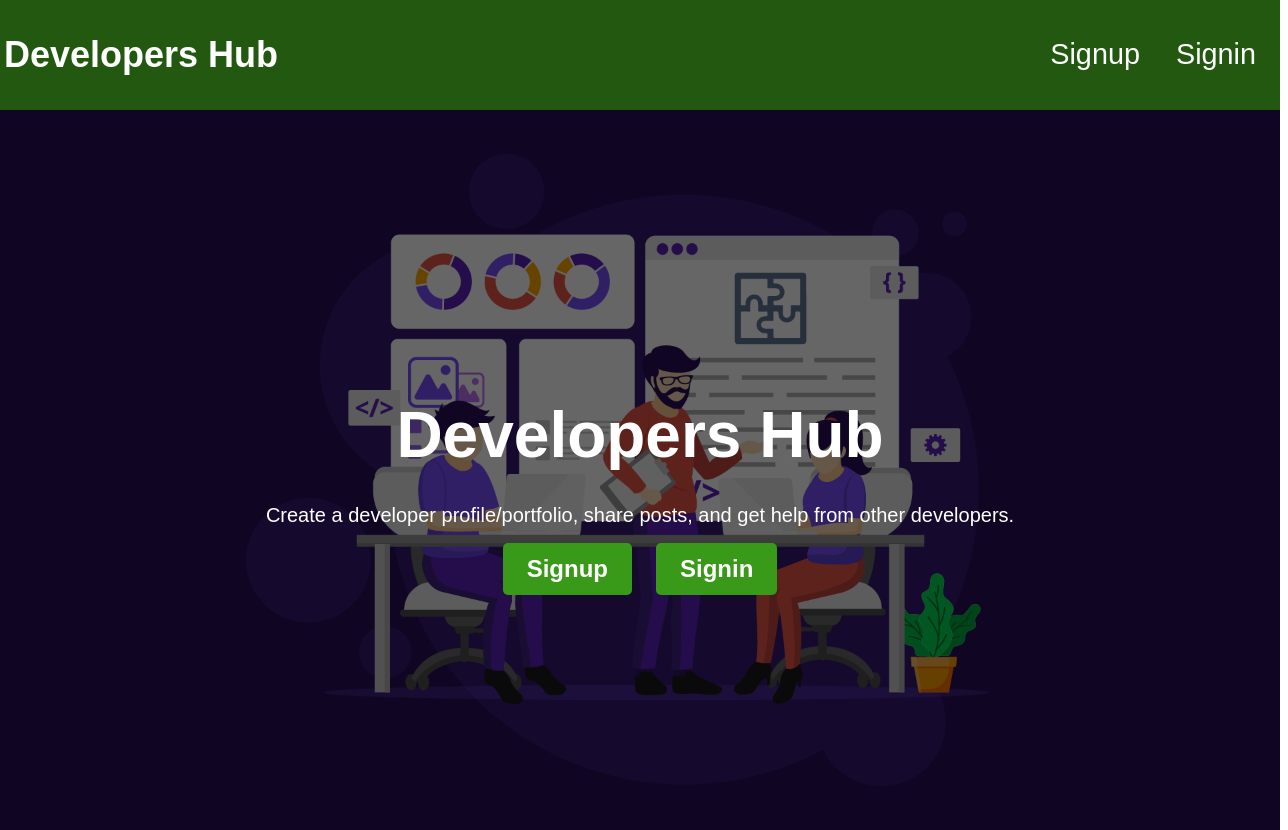
Repository: sayyad-mukthumsa-123/DevMania
Page: / (app in frontend/)
An editor plug-in stored every save of this project. The page is shown before and after the next save, followed by the edit.
The browser window is 1280 px wide. The page is 1280 px wide, then 1288 px, so the pictures cover 1288 px, including what lies to the right of the window. The pictures show the whole page.
The project was rebuilt for these pictures with package versions that can differ from the ones it lists, and the page was loaded fresh each time. Also part of the build but not shown: frontend/src/pages/login.js, frontend/src/pages/register.js, frontend/src/pages/Allprofiles.js, frontend/src/pages/MyProfile.js, frontend/src/pages/Indprofile.js.

Above is the page before, as saved 2025-02-28 23:39:38.

### frontend/public/index.html
<!-- public/index.html -->
<!DOCTYPE html>
<html lang="en">
<head>
  <meta charset="UTF-8">
  <meta name="viewport" content="width=device-width, initial-scale=1.0">
  <title>Developers Hub</title>
  <link rel="stylesheet" href="https://cdnjs.cloudflare.com/ajax/libs/font-awesome/5.15.3/css/all.min.css">
</head>
<body>
  <div id="root"></div>
</body>
</html>

### frontend/src/App.js
import React from 'react'
import {BrowserRouter,Route,Routes} from 'react-router-dom'
import Home from './pages/Home'
import Login from './pages/login'
import Register from './pages/register'
import Allprofiles from './pages/Allprofiles'
import MyProfile from './pages/MyProfile'
import Indprofile from './pages/Indprofile'

const App = () => {
  return (
    <div>

      <BrowserRouter>
      <Routes>
        <Route path='/' exact Component={Home}/>
        <Route path='/login' exact Component={Login}/>
        <Route path='/register' exact Component={Register}/>
        <Route path='/allprofiles' exact Component={Allprofiles}/>
        <Route path='/myprofile' exact Component={MyProfile}/>
        <Route path='/indprofile/:fullname/:email/:skill/:id' exact Component={Indprofile}/>
      </Routes>
      </BrowserRouter>
    </div>
  )
}

export default App

### frontend/src/pages/Home.js
import React from 'react';
import { Link } from 'react-router-dom';
import '../styles/styles.css';  // Adjust the path based on your file structure
import Navbar from './Navbar';

// const Home = () => {
//   return (
//     <>
//       <section className='landing' >
//         <div className='dark-overlay'>
//         <Navbar />
//           <div className='landing-inner'>

//             <h1 className='x-large'>Developers Hub</h1>
//             <p className='lead'>
//               Create a developer profile/portfolio, share posts, and get help from other developers.
//             </p>
//             <div className='buttons'>
//               <Link to="/register" className="btn btn-auth">Signup</Link>
//               <Link to="/login" className="btn btn-auth">Signin</Link>
//             </div>
//           </div>
//         </div>
//       </section>
//     </>
//   );
// }

const Home = () => {
  return (
    <>
      <Navbar /> {/* Keep Navbar outside of dark-overlay */}
      <section className='landing'>
        <div className='dark-overlay'>
          <div className='landing-inner'>
            <h1 className='x-large'>Developers Hub</h1>
            <p className='lead'>
              Create a developer profile/portfolio, share posts, and get help from other developers.
            </p>
            <div className='buttons'>
              <Link to="/register" className="btn btn-auth">Signup</Link>
              <Link to="/login" className="btn btn-auth">Signin</Link>
            </div>
          </div>
        </div>
      </section>
    </>
  );
}
export default Home;

### frontend/src/styles/styles.css
/* General reset */
body, html {
  margin: 0;
  padding: 0;
  font-family: Arial, sans-serif;
  width: 100%;
  min-height: 100vh;

}

/* Navbar styles */
.navbar {
  display: flex;
  justify-content: space-between;
  align-items: center;
  padding: 4px;
  font-size: x-large;
  background-color: #22580f
}

.navbar h1 a {
  color: #ffffff;
  text-decoration: none;
}

.navbar ul {
  list-style: none;
  display: flex;
  margin: 0;
  padding: 10px;
  font-size: larger;
}
.navbar ul li
{
  padding: 10px;
  transition: all 0.3s ease;
}
.navbar ul li:hover
{
  transform: scale(1.2);
}
.navbar ul li {
  margin-left: 1rem;
}

.navbar ul li a {
  color: #ffffff;
  text-decoration: none;
}

/* Landing page styles */
/* .landing {
  height: 100%;
  display: flex;
  align-items: center;
  justify-content: center;
  color: black;
  position: relative;
}

.dark-overlay {
  position: absolute;
  top: 0;
  left: 0;
  right: 0;
  bottom: 0;
}

.landing-inner {
  text-align: center;
  z-index: 2;
  position: relative;
}

.x-large {
  font-size: 4rem;
}

.lead {
  font-size: 1.5rem;
  margin-bottom: 2rem;
  color: black;
}

.buttons .btn ,.btn{
  margin: 3rem 2rem;
  padding: 0.75rem 1.25rem;
  border: none;
  border-radius: 5px;
  cursor: pointer;
  text-decoration: none;
  font-size: x-large;
  background-color:#399918 ;
  color: #ffffff;
}


.btn-auth {
  transition: all 0.3s ease;
}
.btn-auth:hover
{
  transform: scale(1.1);
} */

.landing {
  height: 100vh;
  display: flex;
  align-items: center;
  justify-content: center;
  color: white;
  position: relative;
  background: url('../images/home.png') no-repeat center center/cover;
  text-align: center;
}

.dark-overlay {
  position: absolute;
  top: 0;
  left: 0;
  right: 0;
  bottom: 0;
  background: rgba(0, 0, 0, 0.6); /* Dark overlay for better text visibility */
  display: flex;
  align-items: center;
  justify-content: center;
}

.landing-inner {
  text-align: center;
  z-index: 2;
  position: relative;
  padding: 2rem;
  max-width: 800px;
  display: flex;
  flex-direction: column;
  align-items: center;
  justify-content: center;
}

.x-large {
  font-size: 4rem;
  font-weight: bold;
  margin-bottom: 1rem;
}

.lead {
  font-size: 1.5rem;
  margin-bottom: 2rem;
}

.buttons {
  display: flex;
  justify-content: center;
  align-items: center;
  gap: 1.5rem;
}

.btn, .btn-auth {
  padding: 0.75rem 1.5rem;
  border: none;
  border-radius: 8px;
  cursor: pointer;
  text-decoration: none;
  font-size: 1.25rem;
  font-weight: bold;
  background-color: #399918;
  color: #ffffff;
  transition: all 0.3s ease;
}

.btn-auth:hover {
  transform: scale(1.1);
  background-color: #2e7d12;
}


/* Container styles */
.container {
  width: 700px;
  margin: 2rem auto;
  padding: 2rem;
  border: 2px solid #399918;
  color: black;
  border-radius: 8px;
  position: relative; /* To ensure proper z-index handling */
  z-index: 1; /* Ensures the container is above any background effects */
}

/* Form styles */
.form {


  display: flex;
  flex-direction: column;
}

.form-group {
  margin-bottom: 1.5rem;
}

.form-group input {
  width: 50%;
  padding: 0.75rem;
  font-size: 1rem;
  border: 1px solid black;
  border-radius: 5px;
  transition: border-color 0.3s ease-in-out, box-shadow 0.3s ease-in-out;
}

.form-group input:focus {
  border-color: #f6f7f9;
  box-shadow: 0 0 8px rgba(0, 123, 255, 0.3);
  outline: none;
}

.btn {
  display: inline-block;
  padding: 0.75rem 1.5rem;
  border: none;
  border-radius: 5px;
  cursor: pointer;
  text-decoration: none;
  font-size: 1.5rem;
  text-align: center;
}

/* .btn-primary {
  background-color: #007bff;
  color: #ffffff;
}

.btn-primary:hover {
  background-color: #0056b3;
  opacity: 0.9;
} */

/* .text-primary {
  color: #f6f8fb;
} */

.large {
  font-size: 2rem;
  margin-bottom: 1rem;
}

.lead {
  font-size: 1.25rem;
  margin-bottom: 1rem;
}

.error {
  color: red;
  margin-top: 1rem;
}

p {
  margin-top: 1rem;
}
.link-auth{
  color:#399918;
  text-decoration: none;
  cursor: pointer;
  padding-left:10px ;
  transition: all 0.3s ease;
  display: inline-block;
  font-size: large;
}
.link-auth:hover
{
  transform: scale(1.3);
}
/* Profiles styles */
.profiles {
  display: flex;
  flex-direction: column;
  gap: 1rem;
}

.profile {
  background-color: #f4f4f4;
  padding: 1rem;
  display: flex;
  align-items: center;
  border: 1px solid #ccc;
  box-shadow: 0 4px 8px rgba(0, 0, 0, 0.1);
  border-radius: 5px;
  margin-bottom: 1rem;
}

.profile .round-img {
  width: 100px;
  border-radius: 50%;
  margin-right: 1rem;
}

.profile-info {
  flex: 1;
}

.profile-info h2 {
  margin: 0 0 0.5rem 0;
}

.profile-info p {
  margin: 0.5rem 0;
}

.profile-info .btn {
  display: inline-block;
  background-color:#399918;
  color: #fff;
  padding: 0.5rem 1rem;
  text-decoration: none;
  border-radius: 0.25rem;
  margin-top: 0.5rem;
  transition: all 0.3s ease;
}

.profile-info .btn:hover {
  transform: scale(1.1);
  background-color:#399918;
}

.profile-skills {
  list-style: none;
  padding: 0;
  display: flex;
  flex-direction: column;
  gap: 0.5rem;
  margin-left: 1rem;
  color: black;
}

.profile-skills li {
  display: flex;
  align-items: center;
  color:greenyellow;
}

.profile-skills li i {
  margin-right: 0.5rem;
}

/* GitHub Section */
.profile-github {
  margin-top: 1rem;
}

.profile-github h2 {
  margin-bottom: 1rem;
}

.repo {
  background: #fff;
  padding: 1rem;
  margin-bottom: 1rem;
  border: 1px solid #ccc;
}

.repo h4 {
  margin: 0.5rem 0;
}

.repo p {
  margin: 0.5rem 0;
}

/* Form */
.form {
  margin-top: 1rem;
}

.form-group {
  margin-bottom: 1rem;
}

.form-group input {
  width: 100%;
  padding: 0.5rem;
  border: 1px solid #ccc;
  border-radius: 0.25rem;
}

.form-group input:focus {
  border-color: #007bff;
  outline: none;
}

/* .btn-primary {
  background: #007bff;
  color: #fff;
  border: none;
  padding: 0.5rem 1rem;
  cursor: pointer;
}

.btn-primary:hover {
  background: #0056b3;
} */

/* Profile Grid */
.profile-grid {
  display: grid;
  grid-template-columns: 1fr;
  grid-gap: 1rem;
  margin-top: 1rem;
}

.profile-top {
  background: #0a0a0a;
  color: #fff;
  padding: 1rem;
  text-align: center;
}

.profile-top img {
  width: 150px;
  border-radius: 50%;
}

.profile-top h1 {
  margin: 0.5rem 0;
}

.profile-top p {
  margin: 0.5rem 0;
}
a{
  color:aqua
}
 .white-text {
  color: black;
}
 .skill-text {
  /* background-color: #5e585c16;  */
  color: #c51414;
  padding: 10px 15px;
  border-radius: 5px;
  display: flex;
  align-items: center;
  font-size: 16px;
  margin-top: 2px;
  /* box-shadow: 0 2px 4px rgba(0, 0, 0, 0.1);  */
}


.skill-text i {
  color: #28a745;
  margin-right: 30px;
}
.taskprovider
{
  color:#28a745;
  text-decoration: none;
  font-size: xx-large;
}

### frontend/src/pages/Navbar.js
import React from 'react';
import { Link } from 'react-router-dom';
import '../styles/styles.css';
const Navbar = () => {
  return (
    <div>
        <nav className="navbar bg-dark">
        <h1>
          <Link to='/'> Developers Hub</Link>
        </h1>
        <ul>
          <li><Link to="/register">Signup</Link></li>
          <li><Link to="/login">Signin</Link></li>
        </ul>
      </nav>
    </div>
  )
}

export default Navbar

Loaded but not shown: frontend/src/index.js (common file); frontend/src/index.css (common file); frontend/src/reportWebVitals.js (common file)

After the next save:
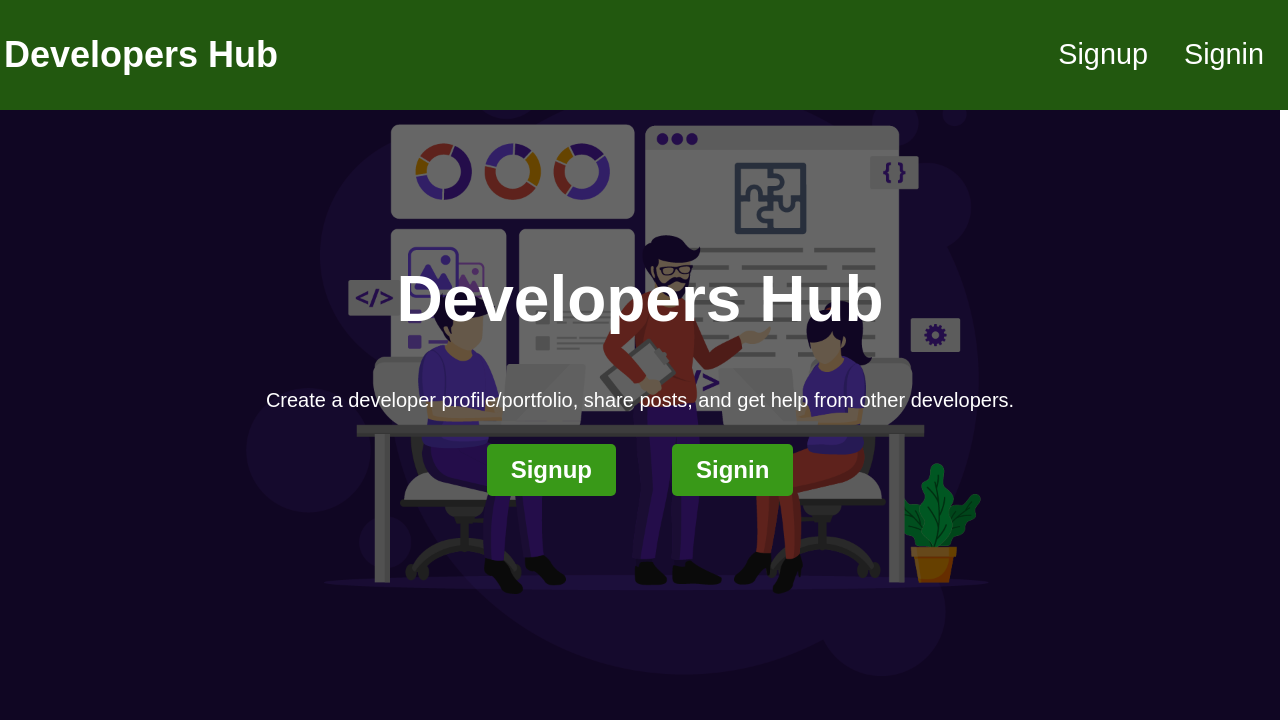
Saved 8 s later.
--- a/frontend/src/styles/styles.css
+++ b/frontend/src/styles/styles.css
@@ -112,6 +112,7 @@ body, html {
   position: relative;
   background: url('../images/home.png') no-repeat center center/cover;
   text-align: center;
+  flex-direction: column;
 }
 
 .dark-overlay {
@@ -120,10 +121,11 @@ body, html {
   left: 0;
   right: 0;
   bottom: 0;
-  background: rgba(0, 0, 0, 0.6); /* Dark overlay for better text visibility */
-  display: flex;
-  align-items: center;
+  background: rgba(0, 0, 0, 0.6); /* Adds a dark overlay for better text visibility */
+  display: flex;
+  flex-direction: column;
   justify-content: center;
+  align-items: center;
 }
 
 .landing-inner {
@@ -132,16 +134,11 @@ body, html {
   position: relative;
   padding: 2rem;
   max-width: 800px;
-  display: flex;
-  flex-direction: column;
-  align-items: center;
-  justify-content: center;
 }
 
 .x-large {
   font-size: 4rem;
   font-weight: bold;
-  margin-bottom: 1rem;
 }
 
 .lead {
@@ -152,11 +149,11 @@ body, html {
 .buttons {
   display: flex;
   justify-content: center;
-  align-items: center;
   gap: 1.5rem;
 }
 
 .btn, .btn-auth {
+  margin: 1rem;
   padding: 0.75rem 1.5rem;
   border: none;
   border-radius: 8px;
@@ -172,6 +169,15 @@ body, html {
 .btn-auth:hover {
   transform: scale(1.1);
   background-color: #2e7d12;
+}
+
+/* Ensure Navbar stays at the top */
+.navbar {
+  position: absolute;
+  top: 0;
+  left: 0;
+  width: 100%;
+  z-index: 3;
 }
 
 
